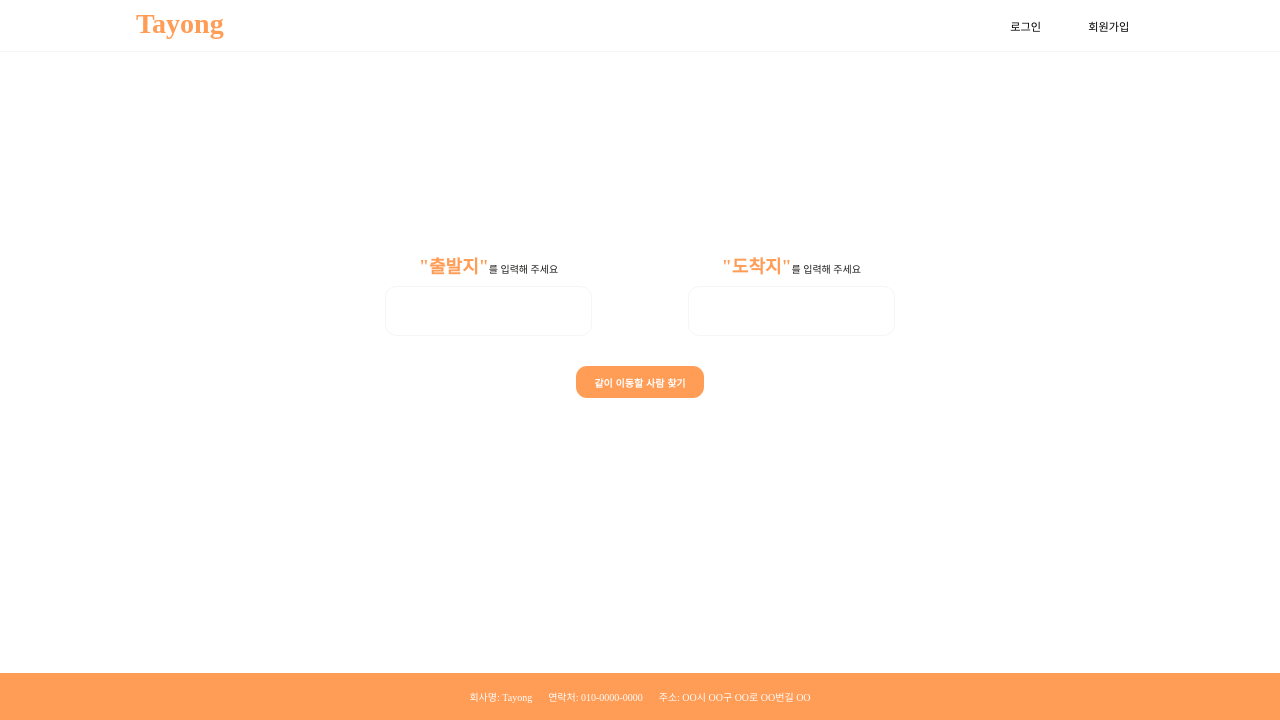
Repository: YEOMJINSEOP/playground
Page: / (app in tayong/)
These files come from the project's save history. The page is drawn as it stood at one moment and after the next save; the edit follows.
The browser window is 1280 px wide. The pictures show the whole page.
The project was rebuilt for these pictures with package versions that can differ from the ones it lists, and the page was loaded fresh each time.

Above is the page before, as saved 2022-10-28 14:48:26.

After the next save:
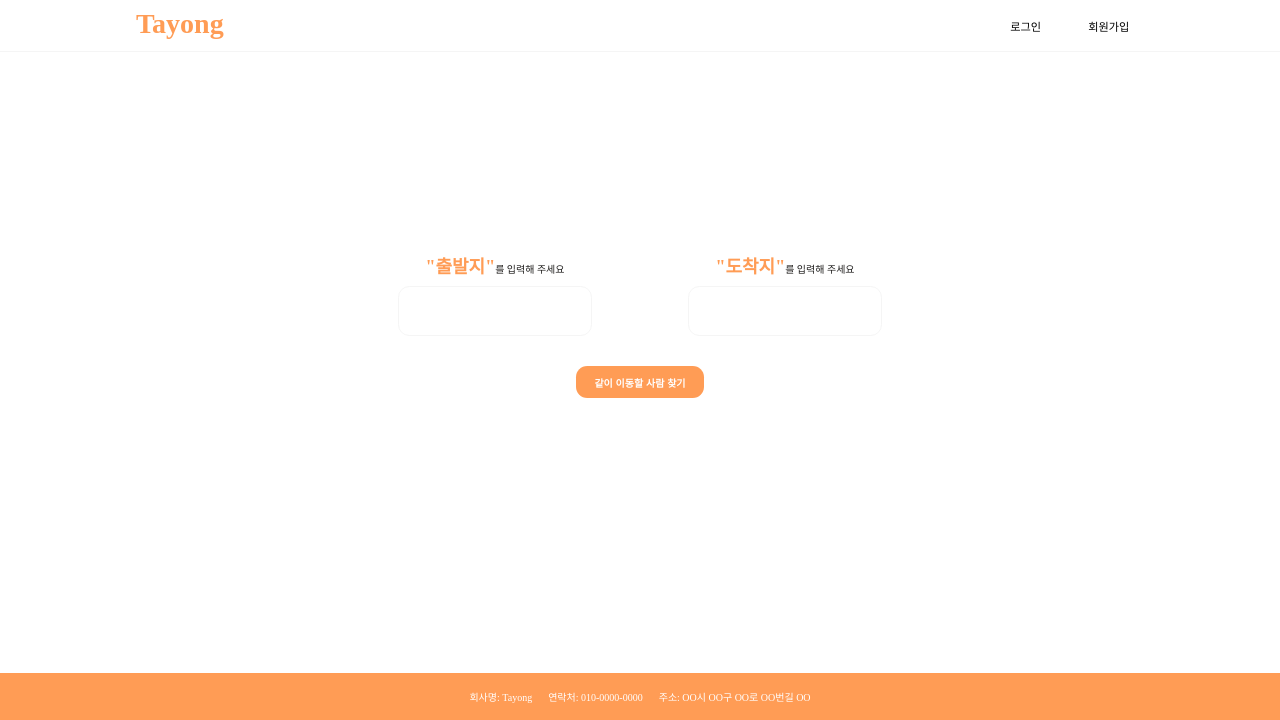
Saved 4 s later.
--- a/tayong/src/components/locationSelector/locationSelector.module.css
+++ b/tayong/src/components/locationSelector/locationSelector.module.css
@@ -26,7 +26,7 @@
 .locationSelectorInput{
   width: 11rem;
   height: 3rem;
-  padding: 0 0.9rem;
+  padding: 0 0.5rem;
   border: var(--border-weight) solid var(--color-light-grey) ;
   border-radius: 0.7rem;
   color: var(--color-black);
